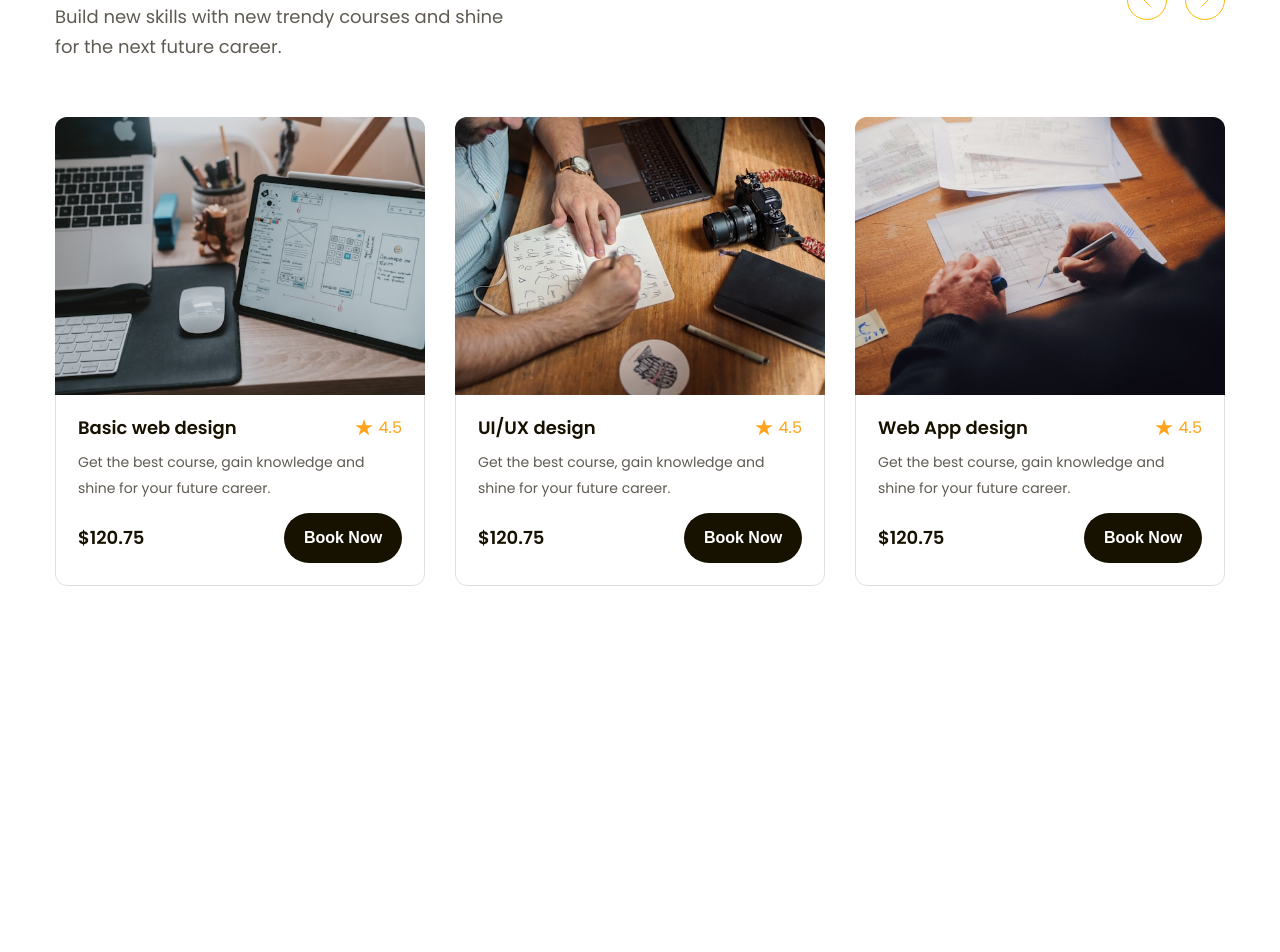
Repository: Tibi2003/f8-htmlcss-02
Page: index.html
An editor plug-in stored every save of this project. The page is shown before and after the next save, followed by the edit.
The browser window is 1280 px wide. The pictures show the part of the page from y = 1162 to 2114 px (the page is 5000 px tall).
A picture or video elsewhere on the page could not be fetched, so the positions and the page height are approximate.

Above is the page before, as saved 2024-03-08 10:50:51.

### index.html
<!DOCTYPE html>
<html lang="en">
	<head>
		<meta charset="UTF-8" />
		<meta name="viewport" content="width=device-width, initial-scale=1.0" />
		<title>F8 Project 02</title>
		<!-- Reset CSS -->
		<link rel="stylesheet" href="./assets/css/reset.css" />
		<!-- Embed fonts -->
		<link rel="preconnect" href="https://fonts.googleapis.com" />
		<link rel="preconnect" href="https://fonts.gstatic.com" crossorigin />
		<link
			href="https://fonts.googleapis.com/css2?family=Poppins:ital,wght@0,100;0,200;0,300;0,400;0,500;0,600;0,700;0,800;0,900;1,100;1,200;1,300;1,400;1,500;1,600;1,700;1,800;1,900&family=Sen:wght@400..800&display=swap"
			rel="stylesheet" />
		<!-- Styles -->
		<link rel="stylesheet" href="./assets/css/styles.css" />
	</head>
	<body>
		<main style="height: 5000px">
			<!-- Header -->
			<header class="header fixed">
				<div class="main-content">
					<div class="body">
						<!-- Logo -->
						<img
							src="./assets/img/logo.svg"
							alt="Lesson."
							class="logo" />

						<!-- Nav -->
						<nav class="nav">
							<ul>
								<li class="active">
									<a href="#!">Home</a>
								</li>
								<li>
									<a href="#!">Courses</a>
								</li>
								<li>
									<a href="#!">Pricing</a>
								</li>
								<li>
									<a href="#!">Reviews</a>
								</li>
							</ul>
						</nav>

						<!-- Action -->
						<div class="action">
							<a href="#!" class="btn sign-up-btn">Sign Up</a>
						</div>
					</div>
				</div>
			</header>

			<!-- Hero -->
			<div class="hero">
				<div class="main-content">
					<div class="body">
						<!-- Hero left -->
						<div class="media-block">
							<img
								src="./assets/img/hero-img.jpg"
								alt="Learn without limits and spread knowledge."
								class="img" />

							<div class="hero-summary">
								<div class="item">
									<div class="icon">
										<img
											src="./assets/icons/list.svg"
											alt="" />
									</div>
									<div class="info">
										<p class="label">20 Courses</p>
										<p class="title">UI/UX Design</p>
									</div>
								</div>
								<div class="item">
									<div class="icon">
										<img
											src="./assets/icons/code.svg"
											alt="" />
									</div>
									<div class="info">
										<p class="label">20 Courses</p>
										<p class="title">Development</p>
									</div>
								</div>
								<div class="item">
									<div class="icon">
										<img
											src="./assets/icons/speaker.svg"
											alt="" />
									</div>
									<div class="info">
										<p class="label">30 Courses</p>
										<p class="title">Marketing</p>
									</div>
								</div>
							</div>
						</div>

						<!-- Hero right -->
						<div class="content-block">
							<h1 class="heading lv1">
								Learn without limits and spread knowledge.
							</h1>
							<p class="desc">
								Build new skills for that “this is my year”
								feeling with courses, certificates, and degrees
								from world-class universities and companies.
							</p>
							<div class="cta-group">
								<a href="#!" class="btn hero-cta"
									>See Courses</a
								>
								<button class="watch-video">
									<div class="icon">
										<img
											src="./assets/icons/play.svg"
											alt="" />
									</div>
									<span>Watch Video</span>
								</button>
							</div>
							<p class="desc">Recent engagement</p>
							<p class="desc stats">
								<strong>50K</strong> Students
								<strong>70+</strong> Courses
							</p>
						</div>
					</div>
				</div>
			</div>

			<!-- Popular -->
			<div class="popular">
				<div class="main-content">
					<div class="popular-top">
						<div class="info">
							<h2 class="heading lv2">Our popular courses</h2>
							<p class="desc">
								Build new skills with new trendy courses and
								shine for the next future career.
							</p>
						</div>
						<div class="controls">
							<button class="control-btn">
								<svg
									width="8"
									height="14"
									viewBox="0 0 8 14"
									fill="none"
									xmlns="http://www.w3.org/2000/svg">
									<path
										d="M7 1L1 7L7 13"
										stroke="currentColor"
										stroke-linecap="round"
										stroke-linejoin="round" />
								</svg>
							</button>
							<button class="control-btn">
								<svg
									width="8"
									height="14"
									viewBox="0 0 8 14"
									fill="none"
									xmlns="http://www.w3.org/2000/svg">
									<path
										d="M1 1L7 7L1 13"
										stroke="currentColor"
										stroke-linecap="round"
										stroke-linejoin="round" />
								</svg>
							</button>
						</div>
					</div>

					<div class="course-list">
						<!-- Course item 1 -->
						<div class="course-item">
							<a href="#!">
								<img
									src="./assets/img/course-1.jpg"
									alt="Basic web design"
									class="thumb" />
							</a>
							<div class="info">
								<div class="head">
									<h3 class="title">
										<a href="#!" class="line-clamp">
											Basic web design
										</a>
									</h3>
									<div class="rating">
										<img
											src="./assets/icons/star.svg"
											alt="Star"
											class="star" />
										<span class="value">4.5</span>
									</div>
								</div>
								<p class="desc line-clamp line-2">
									Get the best course, gain knowledge and
									shine for your future career.
								</p>
								<div class="foot">
									<span class="price">$120.75</span>
									<button class="btn book-btn">
										Book Now
									</button>
								</div>
							</div>
						</div>

						<!-- Course item 2 -->
						<div class="course-item">
							<a href="#!">
								<img
									src="./assets/img/course-2.jpg"
									alt="UI/UX design"
									class="thumb" />
							</a>
							<div class="info">
								<div class="head">
									<h3 class="title">
										<a href="#!" class="line-clamp">
											UI/UX design
										</a>
									</h3>
									<div class="rating">
										<img
											src="./assets/icons/star.svg"
											alt="Star"
											class="star" />
										<span class="value">4.5</span>
									</div>
								</div>
								<p class="desc line-clamp line-2">
									Get the best course, gain knowledge and
									shine for your future career.
								</p>
								<div class="foot">
									<span class="price">$120.75</span>
									<button class="btn book-btn">
										Book Now
									</button>
								</div>
							</div>
						</div>

						<!-- Course item 3 -->
						<div class="course-item">
							<a href="#!">
								<img
									src="./assets/img/course-3.jpg"
									alt="Web App design"
									class="thumb" />
							</a>
							<div class="info">
								<div class="head">
									<h3 class="title">
										<a href="#!" class="line-clamp">
											Web App design
										</a>
									</h3>
									<div class="rating">
										<img
											src="./assets/icons/star.svg"
											alt="Star"
											class="star" />
										<span class="value">4.5</span>
									</div>
								</div>
								<p class="desc line-clamp line-2">
									Get the best course, gain knowledge and
									shine for your future career.
								</p>
								<div class="foot">
									<span class="price">$120.75</span>
									<button class="btn book-btn">
										Book Now
									</button>
								</div>
							</div>
						</div>
					</div>
				</div>
			</div>
		</main>
	</body>
</html>

### assets/css/styles.css
* {
	box-sizing: border-box;
}

:root {
	--font-heading: Sen, sans-serif;
	--primary-color: #ffb900;
}

html {
	font-size: 62.5%;
}

body {
	font-size: 1.6rem;
	font-family: "Poppins", sans-serif;
}

/* Common */
.main-content {
	width: 1170px;
	max-width: calc(100% - 48px);
	margin-left: auto;
	margin-right: auto;
}

a {
	text-decoration: none;
}

.btn {
	display: inline-block;
	min-width: 118px;
	padding: 0 16px;
	line-height: 50px;
	color: #fff;
	text-align: center;
	font-size: 1.6rem;
	font-weight: 600;
	border-radius: 999px;
	background: #171100;
}

.btn:hover {
	opacity: 0.9;
	cursor: pointer;
}

.heading {
	color: #171100;
	font-family: var(--font-heading);
	font-weight: 700;
	letter-spacing: -1.16px;
}

.heading.lv1 {
	font-size: 5.8rem;
	line-height: 1.17;
}

.heading.lv2 {
	font-size: 3.8rem;
	line-height: 1.26;
}

.line-clamp {
	display: -webkit-box;
	-webkit-line-clamp: var(--line-clamp, 1);
	-webkit-box-orient: vertical;
	overflow: hidden;
}

.line-clamp.line-2 {
	--line-clamp: 2;
}

.break-all {
	word-break: break-all;
}

/* Header */
.header {
	background: #fffcf4;
}

.header.fixed {
	position: sticky;
	top: -28px;
	z-index: 1;
}

.header .body {
	display: flex;
	align-items: center;
	padding: 36px 0 8px;
}

.nav {
	margin-left: auto;
}

.nav ul {
	display: flex;
}

.nav a {
	position: relative;
	padding: 8px 21px;
	color: #5f5b53;
	font-size: 1.6rem;
}

.nav a:hover,
.nav li.active a {
	/* font-weight: 600; */
	text-shadow: 1px 0 0 currentColor;
	color: #171100;
}

.nav li.active a::after {
	position: absolute;
	left: 21px;
	bottom: 6px;
	content: "";
	display: block;
	width: 12px;
	height: 2px;
	border-radius: 1px;
	background: #171100;
}

.header .sign-up-btn {
	min-width: 144px;
}

.header .action {
	margin-left: 49px;
}

/* Hero */
.hero {
	padding: 56px 0 65px;
	background: #fffcf4;
}

.hero .body {
	display: flex;
}

/* Hero left */
.hero .media-block {
	position: relative;
	width: 48%;
}

.hero .media-block .img {
	width: 470px;
	height: 685px;
	object-fit: cover;
	border-radius: 20px;
	vertical-align: bottom;
}

.hero-summary {
	position: absolute;
	right: 0;
	bottom: 48px;
	width: 270px;
	padding: 24px;
	border-radius: 12px;
	background: #fff;
	box-shadow: 0px 16px 32px 0px rgba(0, 0, 0, 0.05);
}

.hero-summary .item {
	display: flex;
	align-items: center;
}

.hero-summary .item + .item {
	margin-top: 22px;
}

.hero-summary .item:nth-child(2) .icon {
	background: #fcefff;
}

.hero-summary .item:nth-child(3) .icon {
	background: #ebeaff;
}

.hero-summary .icon {
	width: 48px;
	height: 48px;
	border-radius: 50%;
	display: flex;
	align-items: center;
	justify-content: center;
	background: #fff9e8;
}

.hero-summary .info {
	margin-left: 16px;
}

.hero-summary .label {
	color: #5f5b53;
	font-size: 1.4rem;
	line-height: 1.86;
}

.hero-summary .title {
	color: #171100;
	font-size: 1.8rem;
	font-weight: 600;
	line-height: 1.67;
}

/* Hero right */
.hero .content-block {
	width: 52%;
	padding: 64px 0 0 130px;
}

.hero .desc {
	margin-top: 22px;
	color: #5f5b53;
	font-size: 1.8rem;
	line-height: 1.67;
}

.hero .cta-group {
	display: flex;
	align-items: center;
	margin: 38px 0 48px;
}

.hero-cta {
	min-width: 180px;
	line-height: 64px;
	background-color: var(--primary-color);
}

.hero .watch-video {
	display: flex;
	align-items: center;
	margin-left: 28px;
	border: none;
	background: transparent;
	cursor: pointer;
}

.hero .watch-video .icon {
	display: flex;
	align-items: center;
	justify-content: center;
	width: 40px;
	height: 40px;
	border-radius: 50%;
	background: #ffffff;
	box-shadow: 0px 8px 16px rgba(0, 0, 0, 0.07);
}

.hero .watch-video span {
	margin-left: 14px;
	color: #171100;
	font-size: 1.8rem;
	font-weight: 600;
	line-height: 1.67;
}

.hero .stats {
	margin: 8px 0 0 -28px;
}

.hero .stats strong {
	padding: 0 8px 0 28px;
	color: #171100;
	font-family: var(--font-heading);
	font-size: 4.4rem;
	font-weight: 700;
	line-height: 1.23;
}

/* Popular */
.popular {
	padding: 65px 0;
	margin-top: 135px;
}

.popular-top {
	display: flex;
	align-items: center;
	justify-content: space-between;
}

.popular-top .desc {
	margin-top: 16px;
	width: 458px;
	color: #5f5b53;
	font-size: 1.8rem;
	line-height: 1.67;
}

.popular-top .controls {
	display: flex;
	gap: 18px;
}

.popular-top .control-btn {
	display: flex;
	align-items: center;
	justify-content: center;
	width: 40px;
	height: 40px;
	border-radius: 50%;
	color: var(--primary-color);
	border: 1px solid var(--primary-color);
	background: transparent;
}

.popular-top .control-btn:hover {
	color: #fff;
	background: var(--primary-color);
	cursor: pointer;
}

.popular .course-list {
	display: flex;
	gap: 30px;
	margin-top: 55px;
}

.popular .course-item {
	flex: 1;
	border-radius: 12px;
	border: 1px solid #e2dfda;
	background: #fff;
}

.popular .course-item:hover {
	border-color: transparent;
	box-shadow: 0px 18px 36px 0px rgba(0, 0, 0, 0.05);
}

.popular .course-item .thumb {
	width: calc(100% + 2px);
	height: 278px;
	margin: -1px;
	object-fit: cover;
	border-radius: 12px 12px 0px 0px;
}

.popular .course-item .info {
	padding: 16px 22px 22px;
}

.popular .course-item .head,
.popular .course-item .rating,
.popular .course-item .foot {
	display: flex;
	align-items: center;
	justify-content: space-between;
}

.popular .course-item .title a {
	padding-right: 6px;
	color: #171100;
	font-size: 1.8rem;
	font-weight: 600;
	line-height: 1.67;
}

.popular .rating .value {
	margin-left: 6px;
	color: #fea31b;
	font-size: 1.6rem;
	line-height: 1.75;
}

.popular .course-item .desc {
	margin-top: 6px;
	color: #5f5b53;
	font-size: 1.4rem;
	line-height: 1.86;
}

.popular .course-item .foot {
	margin-top: 12px;
}

.popular .course-item .price {
	color: #171100;
	font-size: 1.8rem;
	font-weight: 600;
	line-height: 1.67;
}

.popular .course-item .book-btn {
	border: none;
}

.popular .course-item .book-btn:hover {
	color: #fff;
	background: var(--primary-color);
}

Loaded but not shown: assets/css/reset.css (common file)

After the next save:
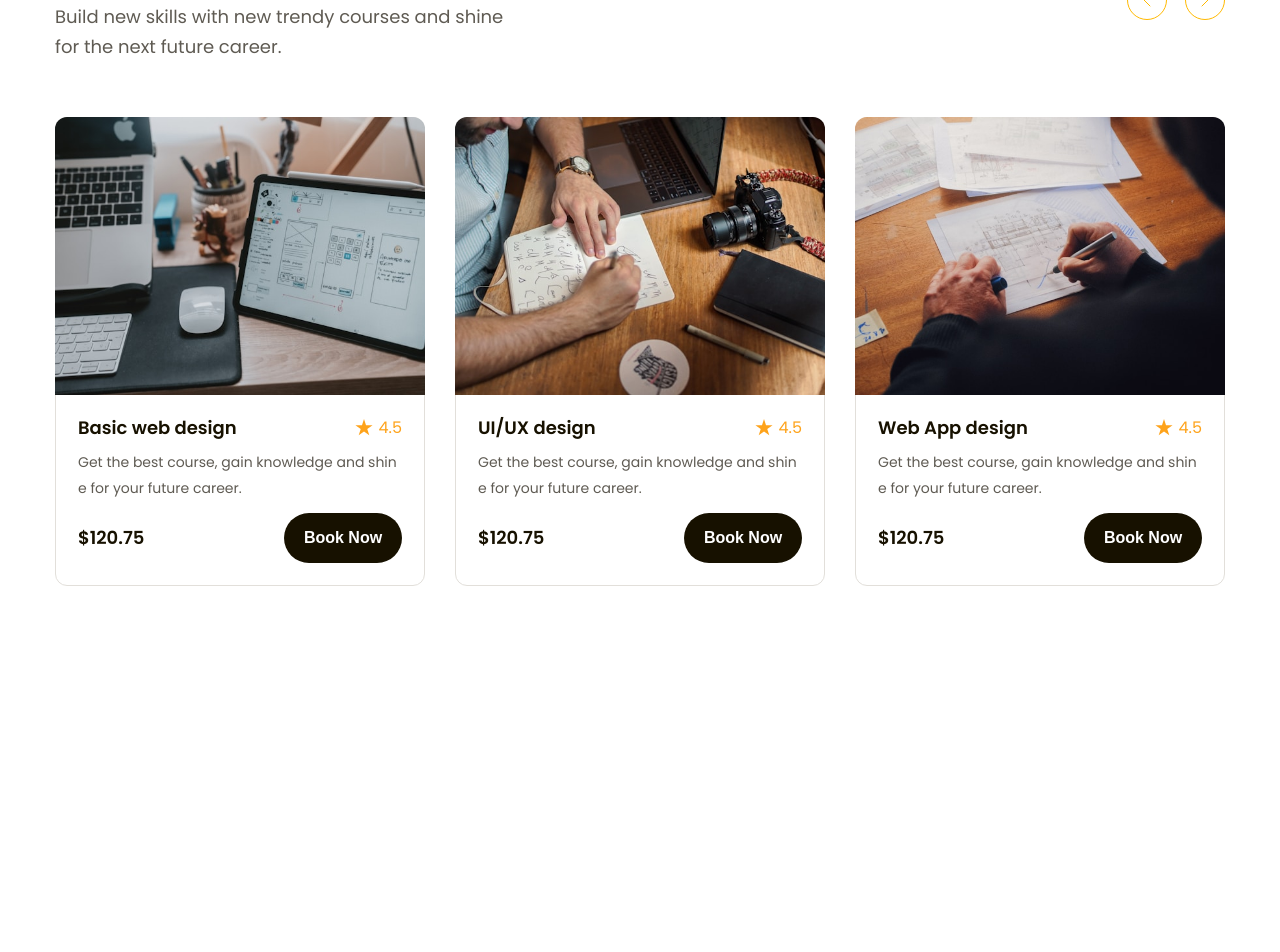
Saved 56 s later.
--- a/index.html
+++ b/index.html
@@ -189,7 +189,9 @@
 							<div class="info">
 								<div class="head">
 									<h3 class="title">
-										<a href="#!" class="line-clamp">
+										<a
+											href="#!"
+											class="line-clamp break-all">
 											Basic web design
 										</a>
 									</h3>
@@ -201,7 +203,7 @@
 										<span class="value">4.5</span>
 									</div>
 								</div>
-								<p class="desc line-clamp line-2">
+								<p class="desc line-clamp line-2 break-all">
 									Get the best course, gain knowledge and
 									shine for your future career.
 								</p>
@@ -225,7 +227,9 @@
 							<div class="info">
 								<div class="head">
 									<h3 class="title">
-										<a href="#!" class="line-clamp">
+										<a
+											href="#!"
+											class="line-clamp break-all">
 											UI/UX design
 										</a>
 									</h3>
@@ -237,7 +241,7 @@
 										<span class="value">4.5</span>
 									</div>
 								</div>
-								<p class="desc line-clamp line-2">
+								<p class="desc line-clamp line-2 break-all">
 									Get the best course, gain knowledge and
 									shine for your future career.
 								</p>
@@ -261,7 +265,9 @@
 							<div class="info">
 								<div class="head">
 									<h3 class="title">
-										<a href="#!" class="line-clamp">
+										<a
+											href="#!"
+											class="line-clamp break-all">
 											Web App design
 										</a>
 									</h3>
@@ -273,7 +279,7 @@
 										<span class="value">4.5</span>
 									</div>
 								</div>
-								<p class="desc line-clamp line-2">
+								<p class="desc line-clamp line-2 break-all">
 									Get the best course, gain knowledge and
 									shine for your future career.
 								</p>
